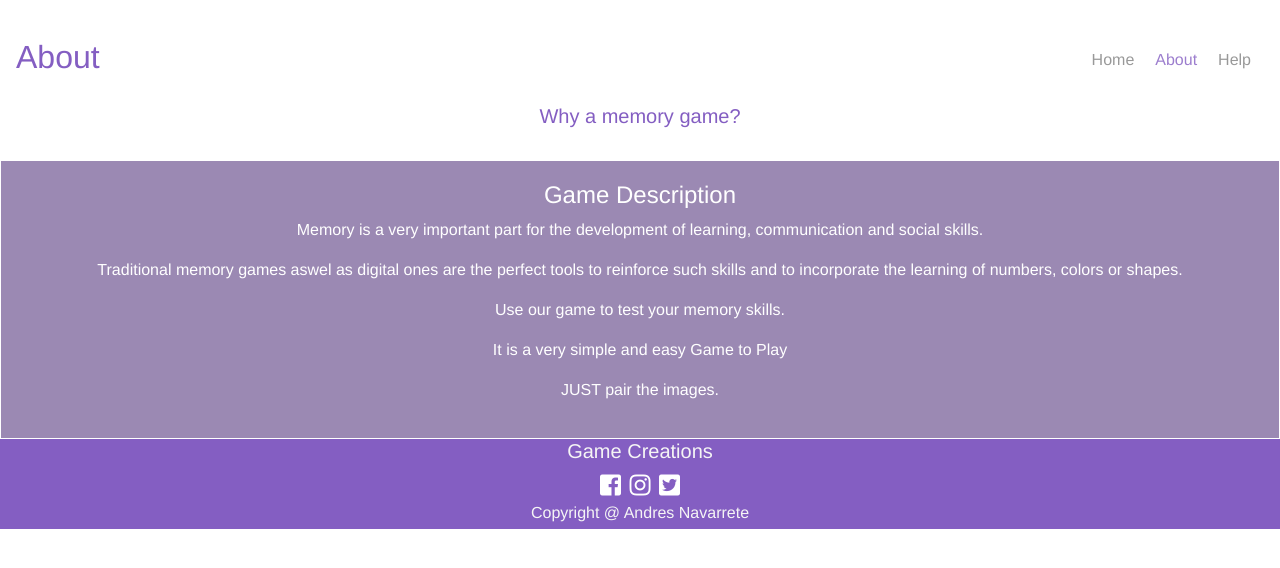
Repository: andna5980/memorise
Page: about.html
These files come from the project's save history. The page is drawn as it stood at one moment and after the next save; the edit follows.
The browser window is 1280 px wide. The pictures show the whole page.
Some web fonts or font styles are not loaded; a fallback is used. Some web libraries are served in a nearby version.

Above is the page before, as saved 2021-05-21 12:21:41.
Console error: TypeError: Cannot read properties of null (reading 'appendChild')

After the next save:
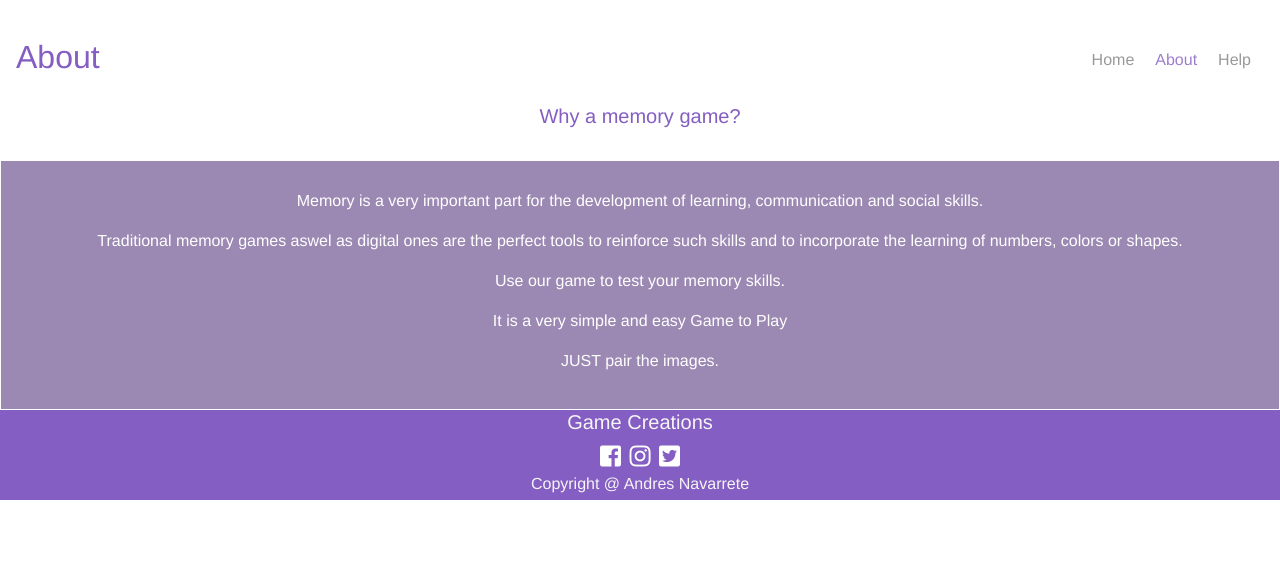
Saved 17 s later.
--- a/about.html
+++ b/about.html
@@ -52,7 +52,7 @@
 
     <div class="game-description test-red">
         <div class="test-blue">
-            <h4>Game Description</h4>
+            <h4></h4>
             <p>
                 Memory is a very important part for the development of learning, communication and social skills.
             </p>
